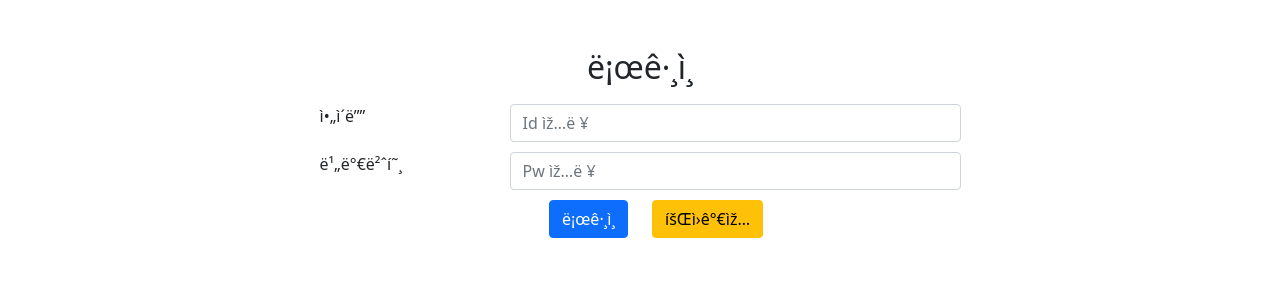
Repository: DaeboongJang/enclab
Page: http://localhost/Board/
The author's editor kept a copy of each file at every save. The page is drawn from the files as they stood at one save, then again after the next save.
The browser window is 1280 px wide. The pictures show the whole page.
Some web libraries are served in a nearby version. The page is served by Tomcat 9.

Above is the page before, as saved 2022-03-21 06:07:33.

After the next save:
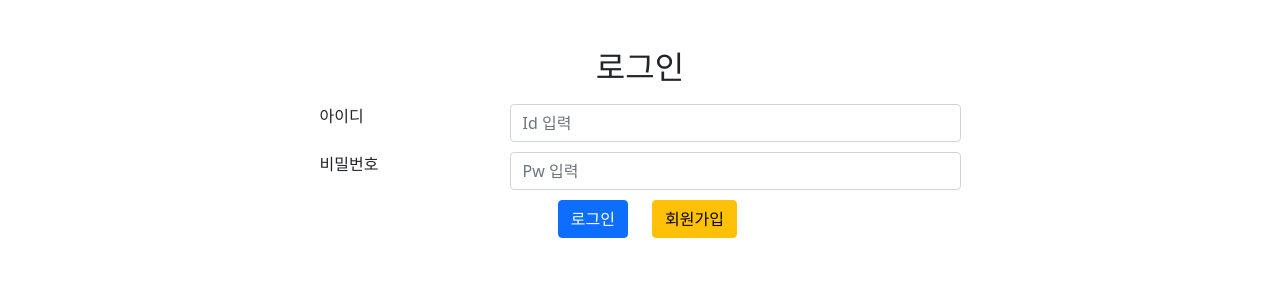
Saved 115 s later.
--- a/Board/src/main/webapp/WEB-INF/views/home.jsp
+++ b/Board/src/main/webapp/WEB-INF/views/home.jsp
@@ -1,6 +1,8 @@
+<%@ page contentType="text/html; charset=UTF-8" pageEncoding="UTF-8" language="java" %>
 <!DOCTYPE html>
 <html lang="en">
 <head>
+
     <meta charset="UTF-8">
     <meta http-equiv="X-UA-Compatible" content="IE=edge">
     <meta name="viewport" content="width=device-width, initial-scale=1.0">
